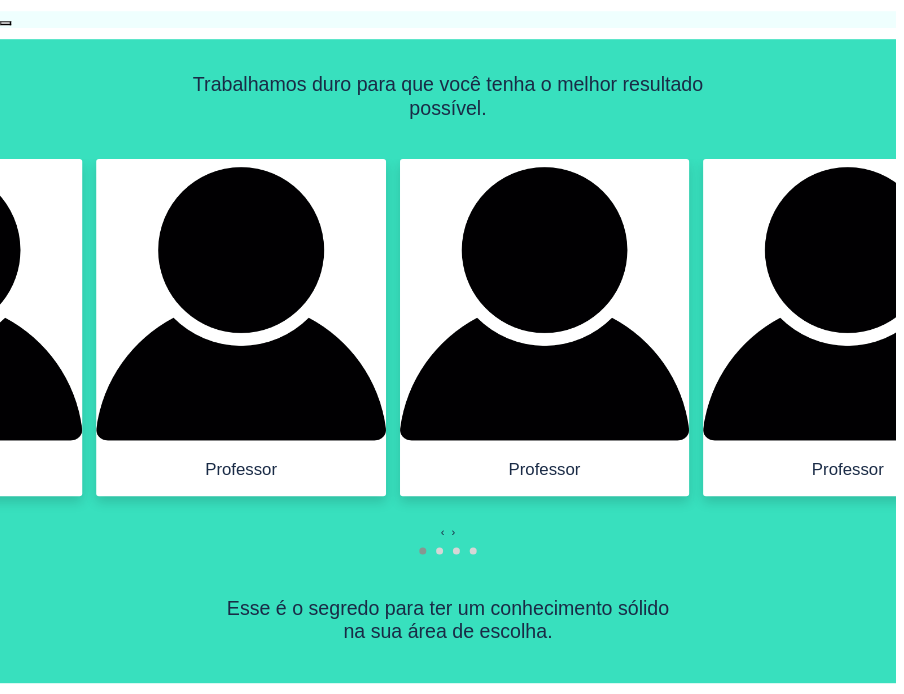
Repository: MarTech-Coders-Planejamento/site-oficial
Page: home.html
These files come from the project's save history. The page is drawn as it stood at one moment and after the next save; the edit follows.
The browser window is 1280 px wide. The page is 1292 px wide, so the pictures cover 1292 px, including what lies to the right of the window. The pictures show the whole page, at 70% of full size.
Some web fonts or font styles are not loaded; a fallback is used.

Above is the page before, as saved 2021-10-23 15:51:46.

After the next save:
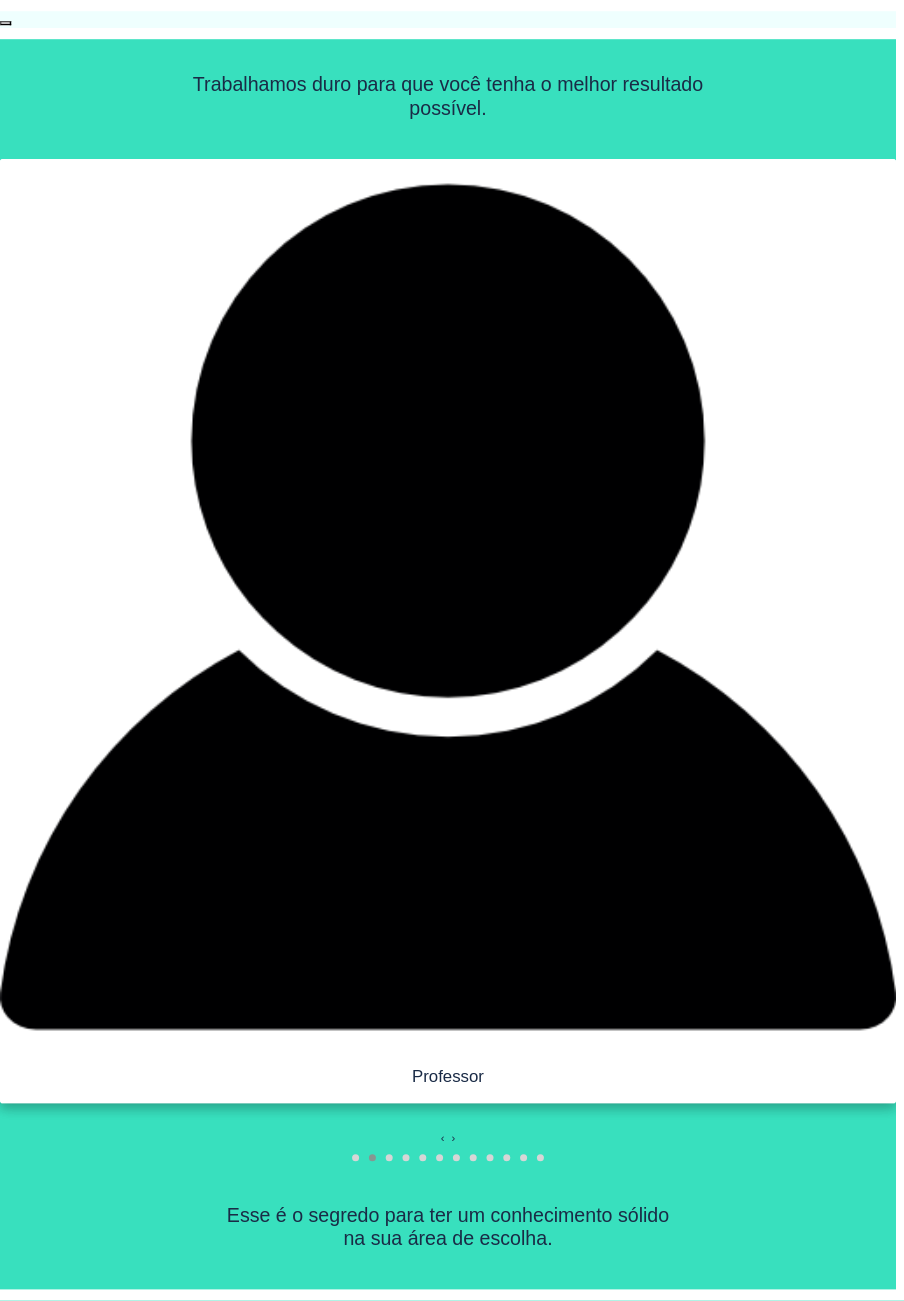
Saved 2 min 47 s later.
--- a/home.html
+++ b/home.html
@@ -305,11 +305,11 @@
             nav: false,
           },
           600: {
-            items: 2,
+            items: 1,
             nav: false,
           },
           1000: {
-            items: 3,
+            items: 1,
             nav: true,
             loop: false,
           },
